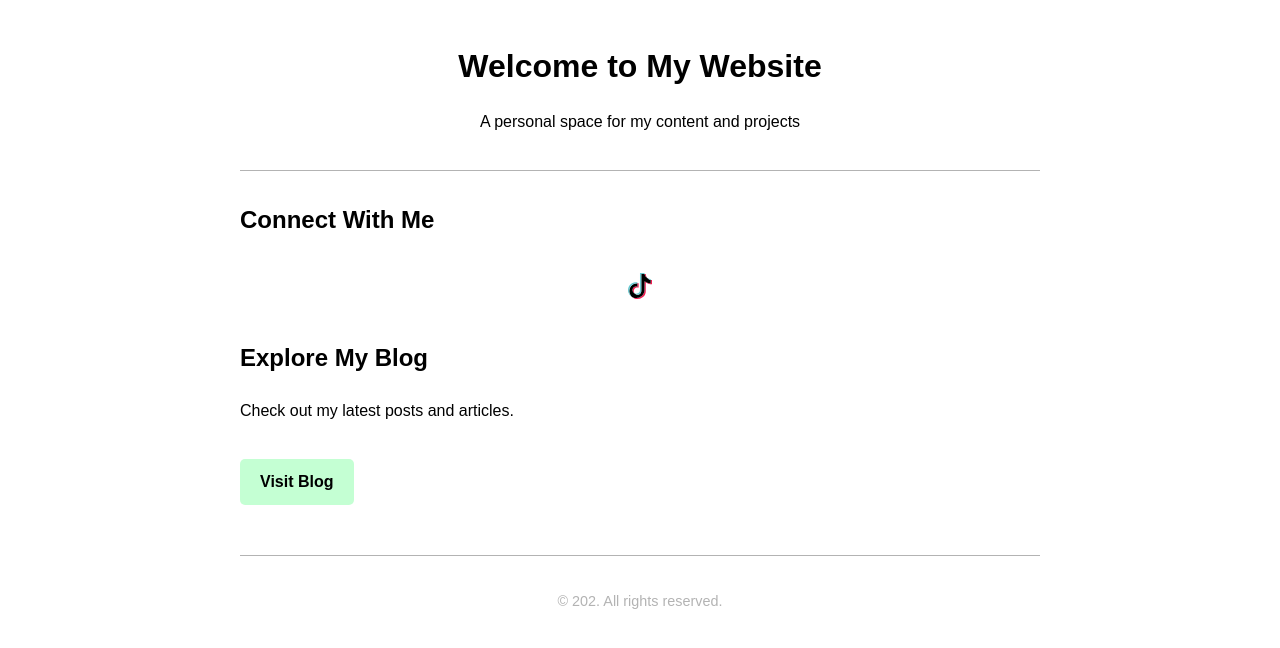
Repository: pjpatrick071/pjpatrick071.github.io
Page: index.html
The author's editor kept a copy of each file at every save. The page is drawn from the files as they stood at one save, then again after the next save.
The browser window is 1280 px wide. The pictures show the whole page.

Above is the page before, as saved 2025-04-02 20:32:51.

### index.html
<!DOCTYPE html>
<html lang="en">
<head>
    <meta charset="utf-8">
    <meta name="viewport" content="width=device-width, initial-scale=1.0">
    <title>Home Page</title>
    <style>
        :root {
            --soft-green: #c4ffd3;
            --silver: #b3b3b3;
            --black: #000000;
            --white: #ffffff;
        }

        body {
            font-family: Arial, sans-serif;
            line-height: 1.6;
            margin: 0;
            padding: 0;
            background-color: var(--white);
            color: var(--black);
            max-width: 800px;
            margin: 0 auto;
            padding: 20px;
        }

        header {
            text-align: center;
            margin-bottom: 30px;
            padding-bottom: 20px;
            border-bottom: 1px solid var(--silver);
        }

        h1 {
            color: var(--black);
            margin-bottom: 10px;
        }

        .social-links {
            display: flex;
            justify-content: center;
            gap: 20px;
            margin: 30px 0;
        }

        .social-links a {
            transition: transform 0.2s;
        }

        .social-links a:hover {
            transform: scale(1.1);
        }

        .cta-button {
            display: inline-block;
            background-color: var(--soft-green);
            color: var(--black);
            padding: 10px 20px;
            text-decoration: none;
            border-radius: 5px;
            font-weight: bold;
            margin-top: 20px;
            transition: background-color 0.3s;
        }

        .cta-button:hover {
            background-color: #a8e8b9;
        }

        footer {
            text-align: center;
            margin-top: 50px;
            padding-top: 20px;
            border-top: 1px solid var(--silver);
            color: var(--silver);
            font-size: 0.9em;
        }
    </style>
</head>
<body>
    <header>
        <h1>Welcome to My Website</h1>
        <p>A personal space for my content and projects</p>
    </header>

    <main>
        <section>
            <h2>Connect With Me</h2>
            <div class="social-links">
                <a href="https://www.tiktok.com/@p.j.patrick" target="_blank" rel="noopener noreferrer">
                    <img src="tiktok-svgrepo-com.svg" alt="TikTok" width="32" height="32">
                </a>
            </div>
        </section>

        <section>
            <h2>Explore My Blog</h2>
            <p>Check out my latest posts and articles.</p>
            <a href="blog/landingPage.html" class="cta-button">Visit Blog</a>
        </section>
    </main>

    <footer>
        <p>&copy; 202. All rights reserved.</p>
    </footer>
</body>
</html>

After the next save:
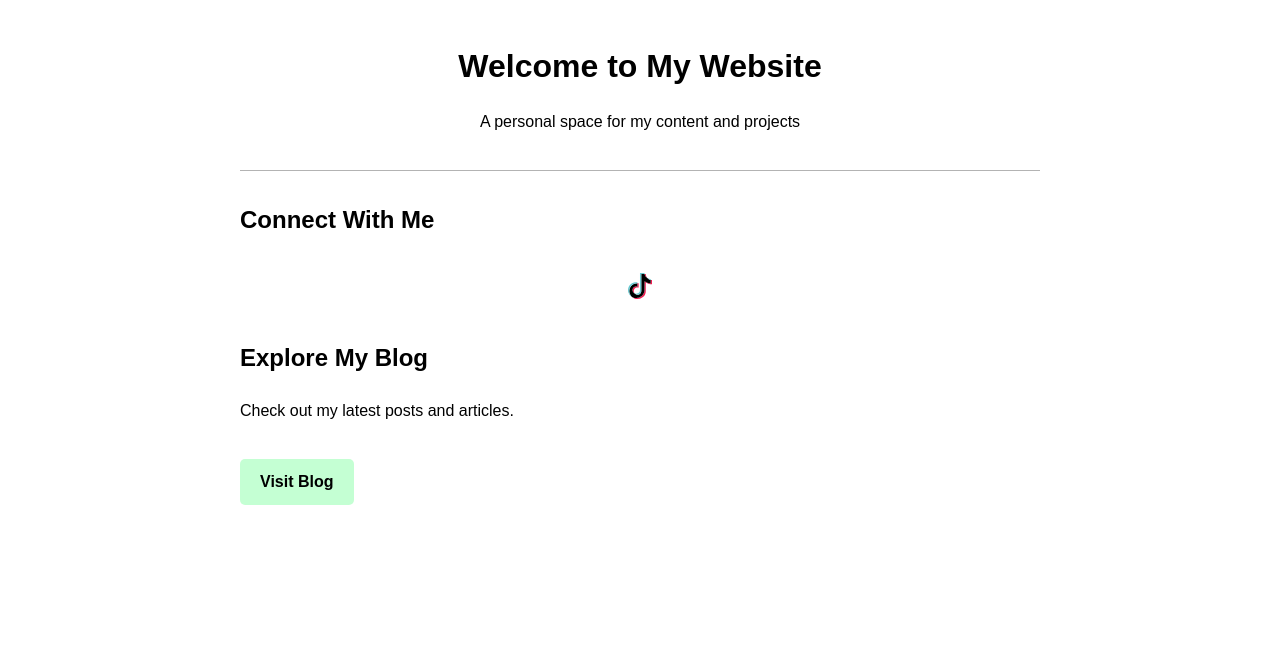
Saved 4 s later.
--- a/index.html
+++ b/index.html
@@ -100,8 +100,5 @@
         </section>
     </main>
 
-    <footer>
-        <p>&copy; 202. All rights reserved.</p>
-    </footer>
 </body>
 </html>
